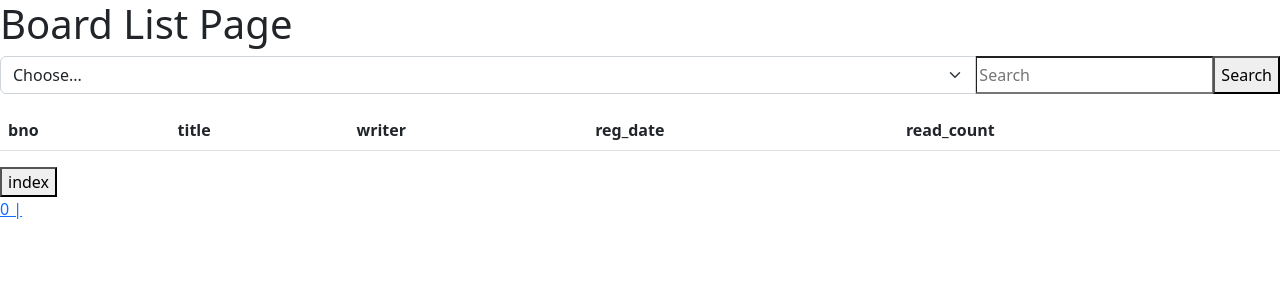
Repository: khr4162/-
Page: http://localhost/jsp_project/board/list.jsp
The author's editor kept a copy of each file at every save. The page is drawn from the files as they stood at one save, then again after the next save.
The browser window is 1280 px wide. The pictures show the whole page.
The page is served by Tomcat 9. Other server files are loaded and not shown. The template is opened directly, without the code that normally fills it, so the values that code supplies are empty.

Above is the page before, as saved 2023-05-24 06:11:33.

### Desktop/김형래/jsp_project2 (2) (1)/jsp_project/src/main/webapp/board/list.jsp
<%@ page language="java" contentType="text/html; charset=UTF-8"
    pageEncoding="UTF-8"%>
<%@ taglib uri="http://java.sun.com/jsp/jstl/core"  prefix="c" %>
<!DOCTYPE html>
<html>
<head>
<meta charset="UTF-8">
<title>Board List Page</title>
<!-- CSS only -->
<link href="https://cdn.jsdelivr.net/npm/bootstrap@5.2.2/dist/css/bootstrap.min.css" rel="stylesheet" integrity="sha384-Zenh87qX5JnK2Jl0vWa8Ck2rdkQ2Bzep5IDxbcnCeuOxjzrPF/et3URy9Bv1WTRi" crossorigin="anonymous">
<!-- JavaScript Bundle with Popper -->
<script src="https://cdn.jsdelivr.net/npm/bootstrap@5.2.2/dist/js/bootstrap.bundle.min.js" integrity="sha384-OERcA2EqjJCMA+/3y+gxIOqMEjwtxJY7qPCqsdltbNJuaOe923+mo//f6V8Qbsw3" crossorigin="anonymous"></script>
</head>
<body>
<h1>Board List Page</h1>
<!-- 검색 라인 -->
<form action="/brd/page" method="post">
	<div  class="input-group mb-3">
		<c:set value="${pgh.pgvo.type }" var="typed"></c:set>
		<select name="type" class="form-select">
		<!-- selected : 현재 내가 선택한 값 -->
			<option ${typed == null ? 'selected':'' }>Choose...</option>
			<option value="t" ${typed eq 't' ? 'selected':'' }>title</option>
			<option value="c" ${typed eq 'c' ? 'selected':'' }>content</option>
			<option value="w" ${typed eq 'w' ? 'selected':'' }>writer</option>
			<option value="tc" ${typed eq 'tc' ? 'selected':'' }>title or content</option>
			<option value="tw" ${typed eq 'tw' ? 'selected':'' }>title or writer</option>
			<option value="cw" ${typed eq 'cw' ? 'selected':'' }>content or writer</option>
		</select>
		<input type="text" name="keyword" placeholder="Search">
		<input type="hidden" name="pageNo" value="${pgh.pgvo.pageNo }">
		<input type="hidden" name="qty" value="${pgh.pgvo.qty }">
		<button type="submit">Search</button>

	</div>
</form>


<table class="table table-hover">
<tr>
	<th>bno</th>
	<th>title</th>
	<th>writer</th>
	<th>reg_date</th>
	<th>read_count</th>
</tr>
<c:forEach items="${list }" var="bvo">
<tr>
	<td>${bvo.bno }</td>
	<td><a href="/brd/detail?bno=${bvo.bno }">${bvo.title }</a></td>
	<td>${bvo.writer }</td>
	<td>${bvo.reg_date }</td>
	<td>${bvo.read_count }</td>
</tr>
</c:forEach>
</table>
<a href="/"><button>index</button></a> <br>

<!-- 페이지네이션 위치 -->
<!-- 컨트롤러에서 page 정보를 싣고 와야함.  -->
<!-- startpage~endpage까지 숫자 반복 foreach -->
<!-- 이전페이지 -->
<c:if test="${pgh.prev }">
	<a href="/brd/page?pageNo=${pgh.startPage-1 }&qty=${pgh.pgvo.qty}&type=${pgh.pgvo.type}&keyword=${pgh.pgvo.keyword}"> ◁ </a>
</c:if>
<c:forEach begin="${pgh.startPage }" end="${pgh.endPage }" var="i">
	<a href="/brd/page?pageNo=${i }&qty=${pgh.pgvo.qty}&type=${pgh.pgvo.type}&keyword=${pgh.pgvo.keyword}">${i } | </a>
</c:forEach>
<!-- 다음페이지 -->
<c:if test="${pgh.next }">
	<a href="/brd/page?pageNo=${pgh.endPage+1 }&qty=${pgh.pgvo.qty}&type=${pgh.pgvo.type}&keyword=${pgh.pgvo.keyword}"> ▷ </a>
</c:if>
</body>
</html>

After the next save:
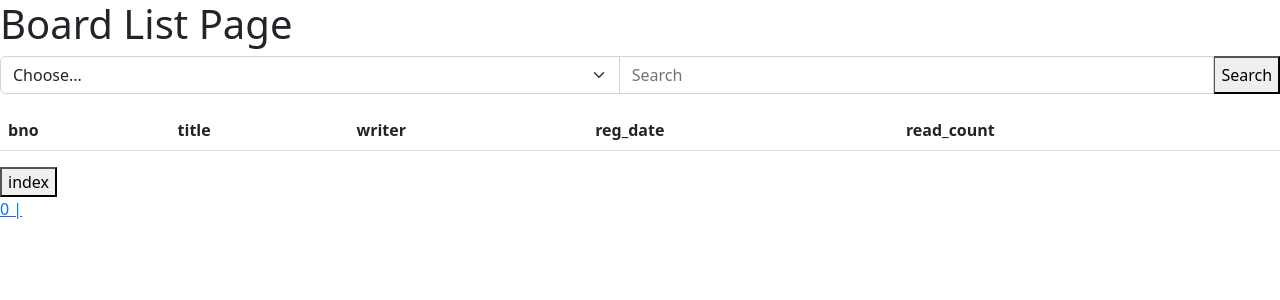
Saved 12 s later.
--- a/Desktop/김형래/jsp_project2 (2) (1)/jsp_project/src/main/webapp/board/list.jsp
+++ b/Desktop/김형래/jsp_project2 (2) (1)/jsp_project/src/main/webapp/board/list.jsp
@@ -27,7 +27,7 @@
 			<option value="tw" ${typed eq 'tw' ? 'selected':'' }>title or writer</option>
 			<option value="cw" ${typed eq 'cw' ? 'selected':'' }>content or writer</option>
 		</select>
-		<input type="text" name="keyword" placeholder="Search">
+		<input class="form-control" type="text" name="keyword" placeholder="Search">
 		<input type="hidden" name="pageNo" value="${pgh.pgvo.pageNo }">
 		<input type="hidden" name="qty" value="${pgh.pgvo.qty }">
 		<button type="submit">Search</button>
